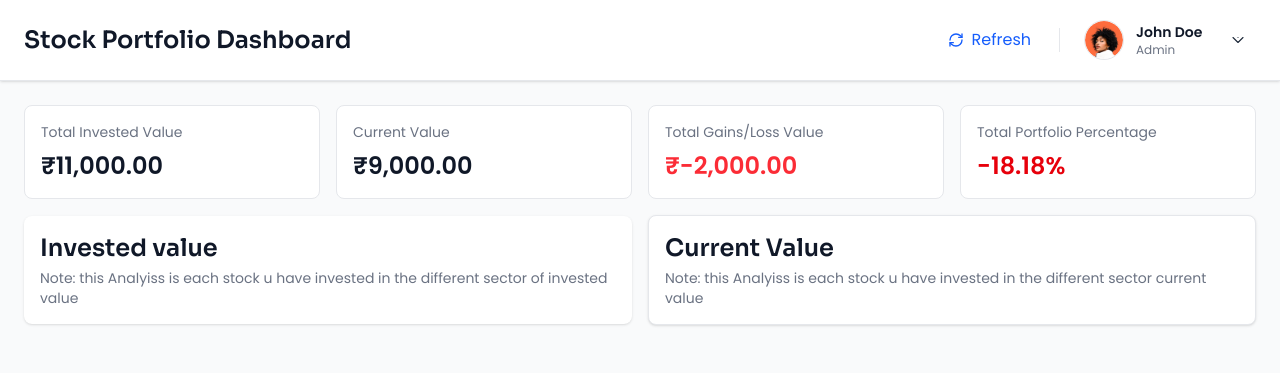
Repository: jabir12-12/inten-project
Page: /
These files come from the project's save history. The page is drawn as it stood at one moment and after the next save; the edit follows.
The browser window is 1280 px wide. The pictures show the whole page.
The project was rebuilt for these pictures with package versions that can differ from the ones it lists, and the page was loaded fresh each time. The framework's server and built-in components were replaced by stand-ins that run in the browser. Also part of the build but not shown: next.config.ts.

Above is the page before, as saved 2025-05-17 14:58:45.

### src/pages/index.tsx
'use client';
import React, { useState } from 'react';
import Image from 'next/image';
import { RefreshCw, } from "lucide-react";
export default function Home() {
  const [loading, setLoading] = useState(false)
  const investedValue = 11000;
  const currentValue = 9000;

  const gainLoss = currentValue - investedValue;
  const isGain = gainLoss >= 0;
  // this convert the text into Indian Rupee format
  const gainLossText = `₹${gainLoss.toLocaleString("en-IN", {
    minimumFractionDigits: 2,
  })}`;

  return (
    <div className="bg-gray-50 min-h-screen flex flex-col">
      {/* Header */}
      <header className="sticky top-0 z-10 flex justify-between px-4 md:px-6 py-3 md:py-4 bg-white border-b border-gray-200 shadow-sm items-center">
        <div className="flex items-center">
          <h1 className="text-gray-900 font-semibold text-xl md:text-2xl">Stock Portfolio Dashboard</h1>
        </div>
        <div className="flex items-center gap-2 md:gap-4">
          <button
            onClick={() => setLoading(true)}
            className="flex items-center  text-blue-600 hover:text-blue-800 px-3 py-1 rounded-md gap-2 cursor-pointer"
            disabled={loading}
          >
            <RefreshCw className={`w-4 h-4 ${loading ? "animate-spin" : ""}`} />
            <span>{loading ? "Refreshing..." : "Refresh"}</span>
          </button>
          <div className="hidden md:block bg-gray-200 h-6 w-px"></div>
          <div className="flex items-center gap-2 md:gap-3 cursor-pointer rounded-md px-2 py-1 hover:bg-gray-100 transition-colors">
            {/* Avatar: always visible */}
            <div className="h-8 w-8 md:h-10 md:w-10 overflow-hidden rounded-full border border-gray-200 shrink-0">
              <Image
                src="/images/Ellipse 1534 (6).svg"
                alt="User profile"
                className="h-full w-full object-cover"
                width={40}
                height={40}
              />
            </div>
            {/* Name and Role: hidden on small screens */}
            <div className="hidden md:flex flex-col min-w-[80px]">
              <span className="text-gray-900 text-sm font-semibold truncate">John Doe</span>
              <span className="text-gray-500 text-xs truncate">Admin</span>
            </div>
            {/* Dropdown Icon: visible always, aligned nicely */}
            <div className="flex items-center justify-center h-5 w-5">
              <Image
                src="/images/Frame (21).svg"
                alt="Dropdown icon"
                width={20}
                height={20}
              />
            </div>
          </div>
        </div>
      </header>
      {/* Main  Body */}
      <div className="flex-1 px-4 py-6 overflow-auto flex flex-col gap-4 md:px-6">
        <div className="flex flex-wrap gap-4 justify-between">
          {/* Total Invested Value */}
          <button className="flex flex-1 min-w-[240px] p-4 flex-col gap-2 border border-gray-200 rounded-lg bg-white transition-all duration-300 ease-in-out hover:shadow-[0_4px_20px_rgba(255,182,193,0.5)] hover:border-[#D6BBFB] hover:scale-[1.03] active:scale-[0.98]">
            <span className="text-gray-500 text-sm">Total Invested Value</span>
            <span className="text-gray-900 text-2xl font-semibold">
              ₹{investedValue.toLocaleString("en-IN", {
                minimumFractionDigits: 2,
              })}
            </span>
          </button>

          {/* Current Value */}
          <button className="flex flex-1 min-w-[240px] p-4 flex-col gap-2 border border-gray-200 rounded-lg bg-white transition-all duration-300 ease-in-out hover:shadow-[0_4px_20px_rgba(255,182,193,0.5)] hover:border-[#D6BBFB] hover:scale-[1.03] active:scale-[0.98]">
            <span className="text-gray-500 text-sm">Current Value</span>
            <span className="text-gray-900 text-2xl font-semibold">
              ₹{currentValue.toLocaleString("en-IN", {
                minimumFractionDigits: 2,
              })}
            </span>
          </button>

          {/* Total Gain/Loss */}
          <button className="flex flex-1 min-w-[240px] p-4 flex-col gap-2 border border-gray-200 rounded-lg bg-white transition-all duration-300 ease-in-out hover:shadow-[0_4px_20px_rgba(255,182,193,0.5)] hover:border-[#D6BBFB] hover:scale-[1.03] active:scale-[0.98]">
            <span className="text-gray-500 text-sm">Total Gains/Loss Value</span>
            <span
              className={`text-2xl font-semibold ${isGain ? "text-green-600" : "text-red-500"
                }`}
            >
              {gainLossText}
            </span>
          </button>

          {/* Portfolio Percentage (optional placeholder) */}
          <button className="flex flex-1 min-w-[240px] p-4 flex-col gap-2 border border-gray-200 rounded-lg bg-white transition-all duration-300 ease-in-out hover:shadow-[0_4px_20px_rgba(255,182,193,0.5)] hover:border-[#D6BBFB] hover:scale-[1.03] active:scale-[0.98]">
            <span className="text-gray-500 text-sm">Total Portfolio Percentage</span>
            <span className={`text-2xl font-semibold ${currentValue >= investedValue ? 'text-green-600' : 'text-red-600'}`}>
              {(((currentValue - investedValue) / investedValue) * 100).toFixed(2)}%
            </span>
          </button>

        </div>
        <div className='flex flex-row w-full  items-center  gap-4 justify-between'>
          <div className='flex flex-col w-1/2 gap-4 order border-gray-200 rounded-lg p-4  bg-white shadow-sm'>
            <div className='flex flex-col gap-1'>
              <h1 className="text-gray-900 font-semibold text-xl md:text-2xl">Invested value</h1>
              <span className="text-gray-500 text-sm">Note: this Analyiss is each stock u have invested in the different sector of invested value</span>

            </div>
          </div>
          <div className='flex flex-col w-1/2 gap-4 border border-gray-200 rounded-lg p-4 bg-white shadow-sm'>
            <div className='flex flex-col gap-1'>
              <h1 className="text-gray-900 font-semibold text-xl md:text-2xl"> Current Value</h1>
              <span className="text-gray-500 text-sm">Note: this Analyiss is each stock u have invested in the different sector current value</span>
            </div>
          </div>

        </div>

      </div>
    </div>


  );
}

### src/styles/globals.css
@import url('https://fonts.googleapis.com/css2?family=Poppins:wght@400;500;600&family=Inter:wght@400;500;600&family=Sora:wght@400;500;600;700;800&display=swap');
@import url('https://fonts.googleapis.com/css2?family=Inter:wght@400;700&display=swap');

@import "tailwindcss";

body {
  background-color: #f7f8fb;
  margin: 0;
  padding: 0;
  font-family: 'Poppins', sans-serif;
  justify-content: center;
  align-items: center;
  height: 100vh;
}

.video-js .vjs-playback-rate {
  font-size: 10px;
  transform: translateY(12px);
  /* Moves the button down by 10px */

}

.heading .head {
  font-family: 'Sora', sans-serif;
  font-size: 24px;
  /* Example size */
  font-weight: 700;
}

/* Example for other headings if needed */
h1,
h2,
h3,
h4,
h5,
h6 {
  font-family: 'Sora', sans-serif;
}

h3 {
  font-size: 18px;
  font-weight: 600;
}

/* Ensure that other text elements use Poppins */
p,
span,
div {
  font-family: 'Poppins', sans-serif;
}

.button {
  outline: none;
}

/* Custom scrollbar styles */

::-webkit-scrollbar {
  width: 7px;
  height: 7px;
}

::-webkit-scrollbar-thumb {
  background-color: rgba(234, 236, 240, 1);
  ;

  border-radius: 100px;
}

::-webkit-scrollbar-track {
  background: "white";

}

/* THIS IS FOR TEXT-EDITOR IN DISSCUSSION TAB --------------------------*/
.custom-quill .ql-container {
  border: none !important;
  /* Remove the border from the container */
}

.custom-quill .ql-editor {
  border: none !important;
  /* Ensure no border around the editor */
}

.custom-quill:focus {
  outline: none;
  /* Remove outline on focus */
}

.custom-quill .ql-editor {
  font-size: 16px;
  /* Set text size to 16px */
  font-family: 'Poppins', sans-serif;
  font-style: normal;
  /* Use the Poppins font */

}

.custom-quill .ql-editor:empty::before {

  /* Show placeholder */
  color: #667085;
  /* Placeholder color */
  font-family: 'Poppins', sans-serif;
  font-style: normal;
  /* Poppins font for placeholder */
  font-size: 16px;
  /* Placeholder size */
  position: absolute;
  /* Position it absolutely */
  left: 10px;
  /* Adjust according to your padding */
  top: 10px;
  /* Adjust according to your padding */
  pointer-events: none;
  /* Prevent interaction */
}

.custom-quill .ql-editor:focus::before {
  display: none;
  /* Hide placeholder on focus */
}

/* -------------------------------------------------- */
/* FOR TOOLTIP FOR TEST PAGE ONLY ->learn Tab */


.tooltipText {
  position: absolute;
  color: white;
  bottom: 125%;
  /* Position above the button */
  left: 50%;
  /* Center horizontally */
  transform: translateX(-50%);
  /* Adjust to center the tooltip */

  z-index: 3;
  background-color: #131313;
  box-shadow: 0 5px 10px rgba(0, 0, 0, 0.3);
  padding: 6px 14px;
  /* Padding inside the tooltip */
  width: 204px;
  /* Fixed width */
  height: auto;
  /* Hug content (height grows with content) */
  min-height: 78px;
  /* Minimum height */
  font-size: 15px;
  font-weight: 400;
  border-radius: 5px;
  white-space: normal;
  /* Allow text wrapping for longer content */
  opacity: 0;
  pointer-events: none;
  transition: all 0.4s ease;
}

.tooltip:hover .tooltipText {
  opacity: 1;
  pointer-events: auto;
  transform: translate(-50%, -10px);
  /* Move tooltip slightly up on hover */
}

.drawer-overlay {
  background-color: transparent !important;
  /* Makes the overlay transparent */
}

/* magic.module.css */
.customCheckbox input[type="checkbox"]:checked {
  background-color: #9012FF;
  border-color: #9012FF;
}

/* Add this to your global CSS file */
.ql-container .ql-editor img {
  cursor: pointer;
}

.image-resizer {
  border: 1px dashed #999;
  position: absolute;
}

.image-resizer .resize-handle {
  background-color: #fff;
  border: 1px solid #999;
  height: 8px;
  width: 8px;
  position: absolute;
}

.image-resizer .resize-handle.se {
  bottom: -5px;
  right: -5px;
  cursor: se-resize;
}

.image-resizer .resize-handle.sw {
  bottom: -5px;
  left: -5px;
  cursor: sw-resize;
}

.image-resizer .resize-handle.ne {
  top: -5px;
  right: -5px;
  cursor: ne-resize;
}

.image-resizer .resize-handle.nw {
  top: -5px;
  left: -5px;
  cursor: nw-resize;
}


@layer base {
  :root {
    --radius: 0.5rem;
    --chart-1: 12 76% 61%;
    --chart-2: 173 58% 39%;
    --chart-3: 197 37% 24%;
    --chart-4: 43 74% 66%;
    --chart-5: 27 87% 67%;
  }

  .dark {
    --chart-1: 220 70% 50%;
    --chart-2: 160 60% 45%;
    --chart-3: 30 80% 55%;
    --chart-4: 280 65% 60%;
    --chart-5: 340 75% 55%;
  }
}

Loaded but not shown: src/pages/_app.tsx (common file); src/pages/_document.tsx (common file)

After the next save:
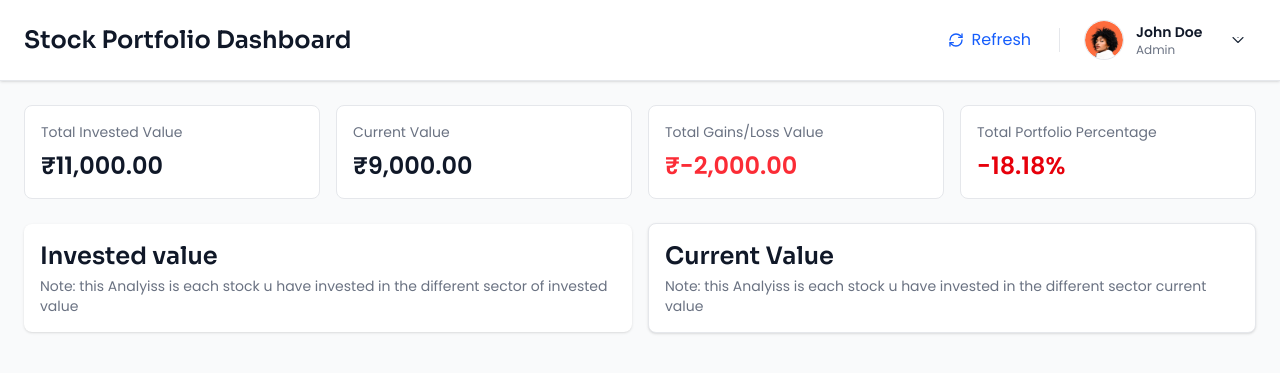
Saved 21 s later.
--- a/src/pages/index.tsx
+++ b/src/pages/index.tsx
@@ -60,7 +60,7 @@ export default function Home() {
         </div>
       </header>
       {/* Main  Body */}
-      <div className="flex-1 px-4 py-6 overflow-auto flex flex-col gap-4 md:px-6">
+      <div className="flex-1 px-4 py-6 overflow-auto flex flex-col gap-6 md:px-6">
         <div className="flex flex-wrap gap-4 justify-between">
           {/* Total Invested Value */}
           <button className="flex flex-1 min-w-[240px] p-4 flex-col gap-2 border border-gray-200 rounded-lg bg-white transition-all duration-300 ease-in-out hover:shadow-[0_4px_20px_rgba(255,182,193,0.5)] hover:border-[#D6BBFB] hover:scale-[1.03] active:scale-[0.98]">
